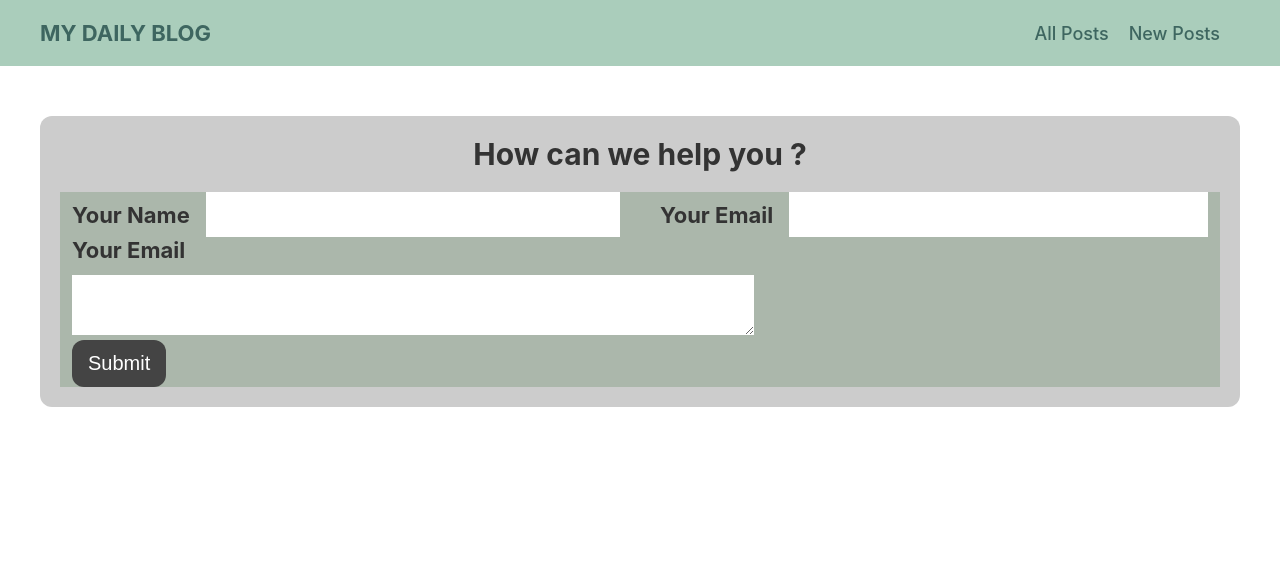
Repository: lyvandat/post-project-nextjs
Page: /new-post
An editor plug-in stored every save of this project. The page is shown before and after a run of saves, followed by the edit.
The browser window is 1280 px wide. The pictures show the whole page.
The project was rebuilt for these pictures with package versions that can differ from the ones it lists, and the page was loaded fresh each time. The framework's server and built-in components were replaced by stand-ins that run in the browser. Also part of the build but not shown: next.config.js.

Above is the page before, as saved 2022-09-26 18:40:28.

After the next 2 saves:
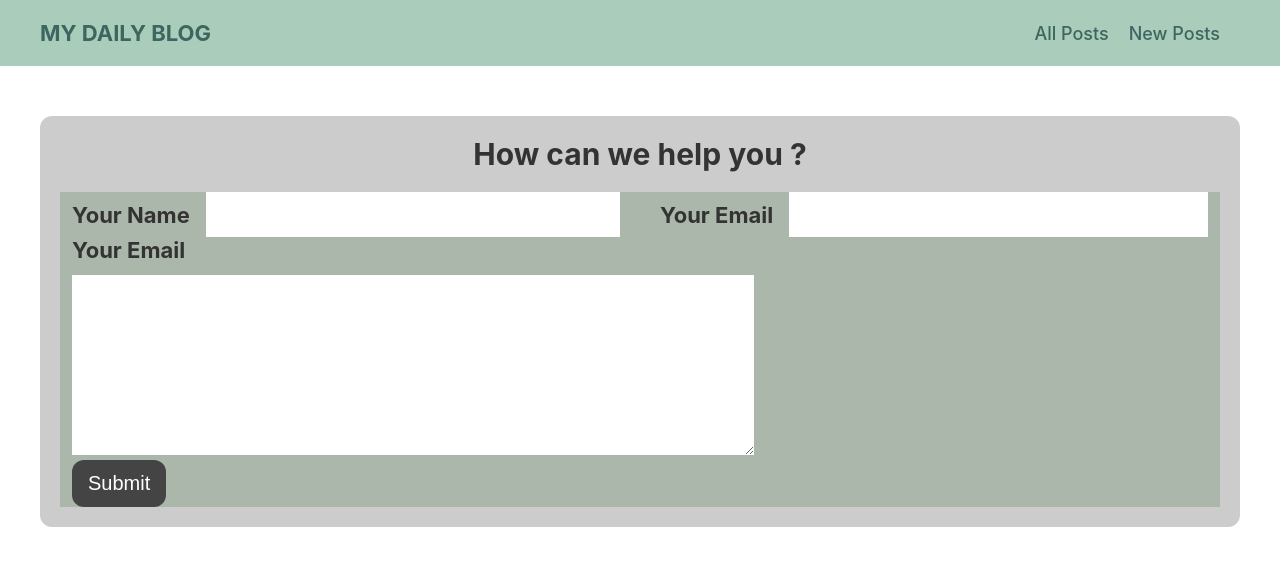
The 2 saves are shown as one change because they came seconds apart.
The last was saved 14 s later.
--- a/components/posts/NewPost.tsx
+++ b/components/posts/NewPost.tsx
@@ -17,7 +17,7 @@ const NewPost: React.FC = (props) => {
         </div>
         <div className={classes.text}>
           <label htmlFor="feedback">Your Email</label>
-          <textarea id="feedback" rows={4}></textarea>
+          <textarea id="feedback" rows={12}></textarea>
         </div>
         <div className={classes.actions}>
           <button type="submit">Submit</button>
